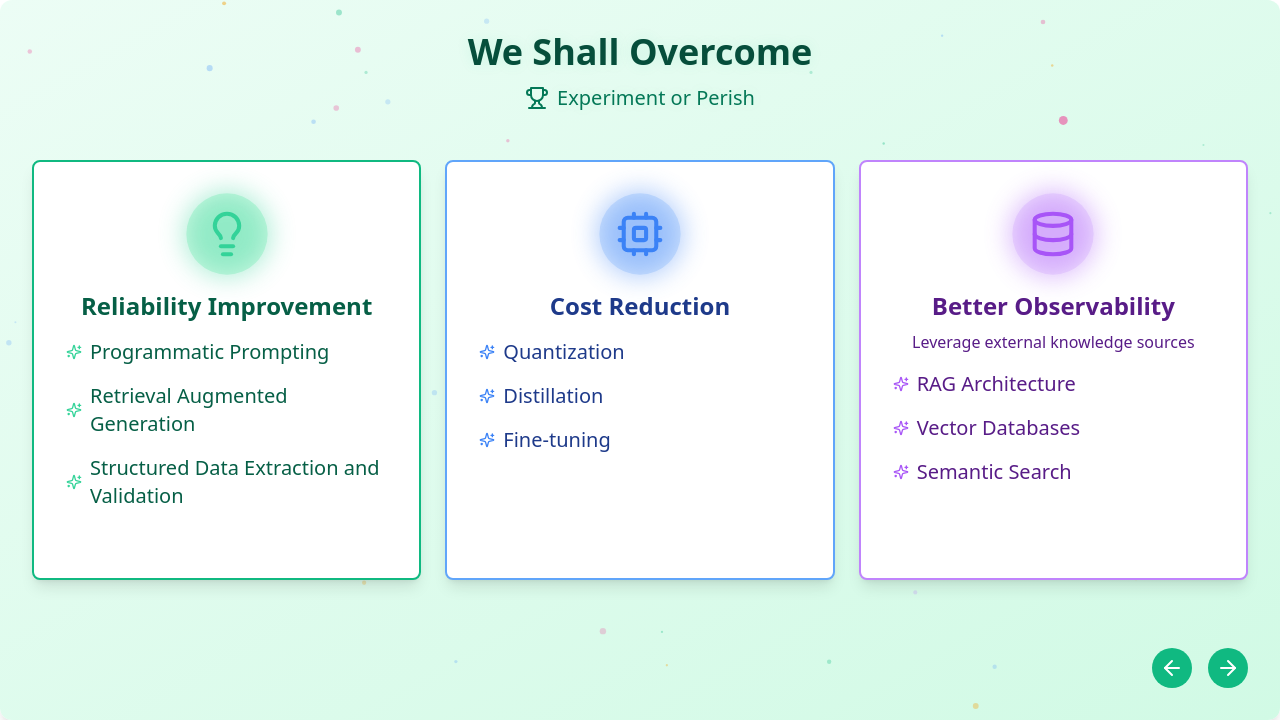
Repository: Galbaz1/dell_presentation
Page: /slide5
An editor plug-in stored every save of this project. The page is shown before and after the next save, followed by the edit.
The browser window is 1280 px wide. The pictures show the whole page.
The project was rebuilt for these pictures with package versions that can differ from the ones it lists, and the page was loaded fresh each time. The framework's server and built-in components were replaced by stand-ins that run in the browser. Also part of the build but not shown: styles/animations/slide1.css, styles/animations/slide2.css.

Above is the page before, as saved 2024-11-12 14:31:39.

### pages/_app.tsx
import '../styles/globals.css'
import '../styles/animations/slide1.css'
import '../styles/animations/slide2.css'
import type { AppProps } from 'next/app'

function MyApp({ Component, pageProps }: AppProps) {
  return <Component {...pageProps} />
}

export default MyApp

### pages/slide5.tsx
import React, { useState } from 'react';
import { ArrowRight, ArrowLeft, Lightbulb, Sparkles, Cpu, Database, Gauge, Zap, Trophy, ArrowUpCircle } from 'lucide-react';
import Link from 'next/link';
import { motion } from 'framer-motion';

const Slide5: React.FC = () => {
  const [hoveredSolution, setHoveredSolution] = useState<number | null>(null);

  // Enhanced particles with different colors for firework effect
  const fireworkColors = [
    '#10B981', // emerald
    '#60A5FA', // blue
    '#F59E0B', // amber
    '#C084FC', // purple
    '#EC4899', // pink
  ];

  const particles = Array.from({ length: 60 }).map((_, i) => ({
    id: i,
    x: Math.random() * 100,
    y: Math.random() * 100,
    size: Math.random() * 4 + 2,
    duration: Math.random() * 20 + 10,
    delay: Math.random() * 5,
    color: fireworkColors[Math.floor(Math.random() * fireworkColors.length)]
  }));

  // Sparkle animation variants
  const sparkleVariants = {
    initial: { scale: 0, opacity: 0 },
    animate: (i: number) => ({
      scale: [0, 1, 0],
      opacity: [0, 1, 0],
      transition: {
        duration: 2,
        repeat: Infinity,
        delay: i * 0.1,
        ease: "easeInOut"
      }
    })
  };

  // Function to create sparkles around an element
  const SparkleEffect = ({ color }: { color: string }) => {
    return Array.from({ length: 8 }).map((_, i) => (
      <motion.div
        key={i}
        className="absolute w-2 h-2"
        style={{
          background: color,
          borderRadius: '50%',
          filter: 'blur(1px)',
          transform: `rotate(${i * 45}deg) translateX(30px)`
        }}
        variants={sparkleVariants}
        custom={i}
        initial="initial"
        animate="animate"
      />
    ));
  };

  const solutions = [
    {
      icon: <Lightbulb className="w-12 h-12" />,
      title: "Reliability Improvement",
      color: {
        border: "#10B981", // emerald-400
        bg: "#D1FAE5",     // emerald-100
        text: "#065F46",   // emerald-900
        glow: "#34D399"    // emerald-400
      },
      items: [
        "Programmatic Prompting",
        "Retrieval Augmented Generation",
        "Structured Data Extraction and Validation"
      ]
    },
    {
      icon: <Cpu className="w-12 h-12" />,
      title: "Cost Reduction",
      color: {
        border: "#60A5FA", // blue-400
        bg: "#DBEAFE",     // blue-100
        text: "#1E3A8A",   // blue-900
        glow: "#3B82F6"    // blue-400
      },
      items: [
        "Quantization",
        "Distillation",
        "Fine-tuning"
      ]
    },
    {
      icon: <Database className="w-12 h-12" />,
      title: "Better Observability",
      color: {
        border: "#C084FC", // purple-400
        bg: "#F3E8FF",     // purple-100
        text: "#581C87",   // purple-900
        glow: "#A855F7"    // purple-400
      },
      description: "Leverage external knowledge sources",
      items: [
        "RAG Architecture",
        "Vector Databases",
        "Semantic Search"
      ]
    }
  ];

  const containerVariants = {
    hidden: { opacity: 0 },
    visible: {
      opacity: 1,
      transition: { staggerChildren: 0.3 }
    }
  };

  const cardVariants = {
    hidden: { y: 50, opacity: 0 },
    visible: (i: number) => ({
      y: 0,
      opacity: 1,
      transition: {
        delay: i * 0.2,
        type: "spring",
        stiffness: 100,
        damping: 15
      }
    }),
    hover: {
      y: -15,
      scale: 1.05,
      transition: {
        duration: 0.3,
        type: "spring",
        stiffness: 300
      }
    }
  };

  return (
    <div className="bg-gradient-to-br from-emerald-50 to-emerald-100 p-8 rounded-xl shadow-lg min-h-screen overflow-hidden relative">
      {/* Enhanced floating particles */}
      {particles.map((particle, i) => (
        <motion.div
          key={particle.id}
          className="absolute rounded-full"
          style={{
            width: particle.size,
            height: particle.size,
            left: `${particle.x}%`,
            top: `${particle.y}%`,
            background: particle.color,
            filter: 'blur(0.5px)'
          }}
          animate={{
            y: [0, -30, 0],
            x: [0, 15, 0],
            scale: [1, 1.5, 1],
            opacity: [0.2, 0.6, 0.2]
          }}
          transition={{
            duration: particle.duration,
            delay: particle.delay,
            repeat: Infinity,
            ease: "linear"
          }}
        />
      ))}

      {/* Header with uplifting animation */}
      <motion.div
        className="mb-12 text-center relative"
        animate={{
          textShadow: ["0 0 10px rgba(16, 185, 129, 0)", "0 0 20px rgba(16, 185, 129, 0.3)", "0 0 10px rgba(16, 185, 129, 0)"]
        }}
        transition={{ duration: 2, repeat: Infinity }}
      >
        <motion.div
          initial={{ y: -20, opacity: 0 }}
          animate={{ y: 0, opacity: 1 }}
          transition={{ duration: 0.8, type: "spring" }}
          className="flex items-center justify-center mb-3"
        >
          <h1 className="text-4xl font-bold text-emerald-900">We Shall Overcome</h1>
        </motion.div>
        <p className="text-xl text-emerald-700 flex items-center justify-center">
          <Trophy className="w-6 h-6 mr-2" />
          Experiment or Perish
        </p>
      </motion.div>

      {/* Solutions Grid */}
      <motion.div
        className="max-w-7xl mx-auto grid grid-cols-1 md:grid-cols-3 gap-6 mb-12"
        variants={containerVariants}
        initial="hidden"
        animate="visible"
      >
        {solutions.map((solution, index) => (
          <motion.div
            key={solution.title}
            className="bg-white p-8 rounded-lg shadow-lg cursor-pointer transform transition-all duration-300 relative"
            style={{
              borderWidth: 2,
              borderStyle: 'solid',
              borderColor: solution.color.border,
              minHeight: '420px'
            }}
            variants={cardVariants}
            custom={index}
            whileHover="hover"
            onHoverStart={() => setHoveredSolution(index)}
            onHoverEnd={() => setHoveredSolution(null)}
          >
            {/* Add sparkle effects around the card when hovered */}
            {hoveredSolution === index && (
              <div className="absolute inset-0 -m-4">
                <SparkleEffect color={solution.color.glow} />
              </div>
            )}

            {/* Icon with animation */}
            <motion.div
              className="w-20 h-20 rounded-full flex items-center justify-center mb-4 mx-auto relative"
              style={{ backgroundColor: solution.color.bg }}
              animate={{
                rotate: hoveredSolution === index ? [0, 360] : 0,
                scale: [1, 1.1, 1]
              }}
              transition={{ duration: 3, repeat: Infinity }}
            >
              <motion.div
                className="absolute inset-0 rounded-full filter blur-md"
                style={{ backgroundColor: solution.color.glow }}
                animate={{
                  scale: [1, 1.2, 1],
                  opacity: [0.3, 0.6, 0.3]
                }}
                transition={{ duration: 2, repeat: Infinity }}
              />
              <div style={{ color: solution.color.glow }}>
                {solution.icon}
              </div>
            </motion.div>

            <h2 className="text-2xl font-bold text-center mb-2" style={{ color: solution.color.text }}>
              {solution.title}
            </h2>
            <p className="text-center mb-4" style={{ color: solution.color.text }}>
              {solution.description}
            </p>

            <ul className="space-y-4">
              {solution.items.map((item, i) => (
                <motion.li
                  key={i}
                  className="flex items-center relative text-xl"
                  style={{ color: solution.color.text }}
                  initial={{ x: -10, opacity: 0 }}
                  animate={{ x: 0, opacity: 1 }}
                  transition={{ delay: index * 0.2 + i * 0.1 }}
                >
                  <div className="relative">
                    <Sparkles
                      className="w-4 h-4 mr-2 flex-shrink-0"
                      style={{ color: solution.color.glow }}
                    />
                    {hoveredSolution === index && (
                      <motion.div
                        className="absolute -inset-1"
                        animate={{
                          scale: [1, 1.5, 1],
                          opacity: [0.5, 1, 0.5]
                        }}
                        transition={{
                          duration: 1.5,
                          repeat: Infinity,
                          delay: i * 0.2
                        }}
                      >
                        <Sparkles
                          className="w-4 h-4"
                          style={{ color: solution.color.glow }}
                        />
                      </motion.div>
                    )}
                  </div>
                  {item}
                </motion.li>
              ))}
            </ul>

            {/* Success indicator */}
            <motion.div
              className="absolute -right-2 -top-2 rounded-full p-2"
              style={{ backgroundColor: solution.color.glow }}
              initial={{ scale: 0 }}
              animate={{ scale: hoveredSolution === index ? 1 : 0 }}
              transition={{ type: "spring", stiffness: 500 }}
            >
              <Zap className="w-4 h-4 text-white" />
            </motion.div>
          </motion.div>
        ))}
      </motion.div>

      {/* Navigation */}
      <div className="absolute bottom-8 right-8 flex items-center space-x-4">
        <Link href="/slide4" className="bg-emerald-500 hover:bg-emerald-600 text-white p-2 rounded-full transition-colors">
          <ArrowLeft className="w-6 h-6" />
        </Link>
        <Link href="/slide7" className="bg-emerald-500 hover:bg-emerald-600 text-white p-2 rounded-full transition-colors">
          <ArrowRight className="w-6 h-6" />
        </Link>
      </div>
    </div>
  );
};

export default Slide5;

### styles/globals.css
@tailwind base;
@tailwind components;
@tailwind utilities;

@keyframes fallAndBounce {
  0% {
    transform: translateY(-100%) translateX(-50%);
  }
  70% {
    transform: translateY(140%) translateX(-50%);
  }
  75% {
    transform: translateY(130%) translateX(-50%);
  }
  80% {
    transform: translateY(135%) translateX(-50%);
  }
  85% {
    transform: translateY(128%) translateX(-50%);
  }
  90% {
    transform: translateY(132%) translateX(-50%);
  }
  100% {
    transform: translateY(0%) translateX(-50%);
  }
}

@keyframes developerFall {
  0%, 69% {
    transform: translateX(-50%) rotate(0deg);
  }
  100% {
    transform: translateX(100%) rotate(90deg);
  }
}

@keyframes pulsate {
  0% {
    transform: translateY(0%) translateX(-50%) scale(1);
  }
  8% {
    transform: translateY(0%) translateX(-50%) scale(1.15);
  }
  10% {
    transform: translateY(0%) translateX(-50%) scale(1.1);
  }
  18% {
    transform: translateY(0%) translateX(-50%) scale(1.35);
  }
  20% {
    transform: translateY(0%) translateX(-50%) scale(1.3);
  }
  28% {
    transform: translateY(0%) translateX(-50%) scale(1.55);
  }
  30% {
    transform: translateY(0%) translateX(-50%) scale(1.5);
  }
  38% {
    transform: translateY(0%) translateX(-50%) scale(1.75);
  }
  40% {
    transform: translateY(0%) translateX(-50%) scale(1.7);
  }
  48% {
    transform: translateY(0%) translateX(-50%) scale(1.95);
  }
  50% {
    transform: translateY(0%) translateX(-50%) scale(1.9);
  }
  100% {
    transform: translateY(0%) translateX(-50%) scale(2);
  }
}

@keyframes explodePiece {
  0% {
    transform: translate(0, 0) rotate(0);
    opacity: 1;
  }
  100% {
    transform: translate(var(--tx), 1000px) rotate(var(--tr));
    opacity: 0;
  }
}

.animate-fall-bounce {
  animation:
    fallAndBounce 3s cubic-bezier(0.4, 0, 0.2, 1) forwards,
    pulsate 8s cubic-bezier(0.4, 0, 0.2, 1) 5s forwards;
}

.animate-developer-fall {
  animation: developerFall 1.2s cubic-bezier(0.4, 0, 0.2, 1) forwards;
  animation-delay: 2.1s;
}

.explosion-piece {
  position: absolute;
  animation: explodePiece 2s cubic-bezier(0.4, 0, 0.2, 1) forwards;
  animation-delay: 16s; /* 5s wait + 8s growth + 3s wait */
}

### tailwind.config.js
/** @type {import('tailwindcss').Config} */
module.exports = {
  content: [
    "./pages/**/*.{js,ts,jsx,tsx}",
    "./components/**/*.{js,ts,jsx,tsx}",
    "./styles/**/*.css",
  ],
  theme: {
    extend: {},
  },
  plugins: [],
}

After the next save:
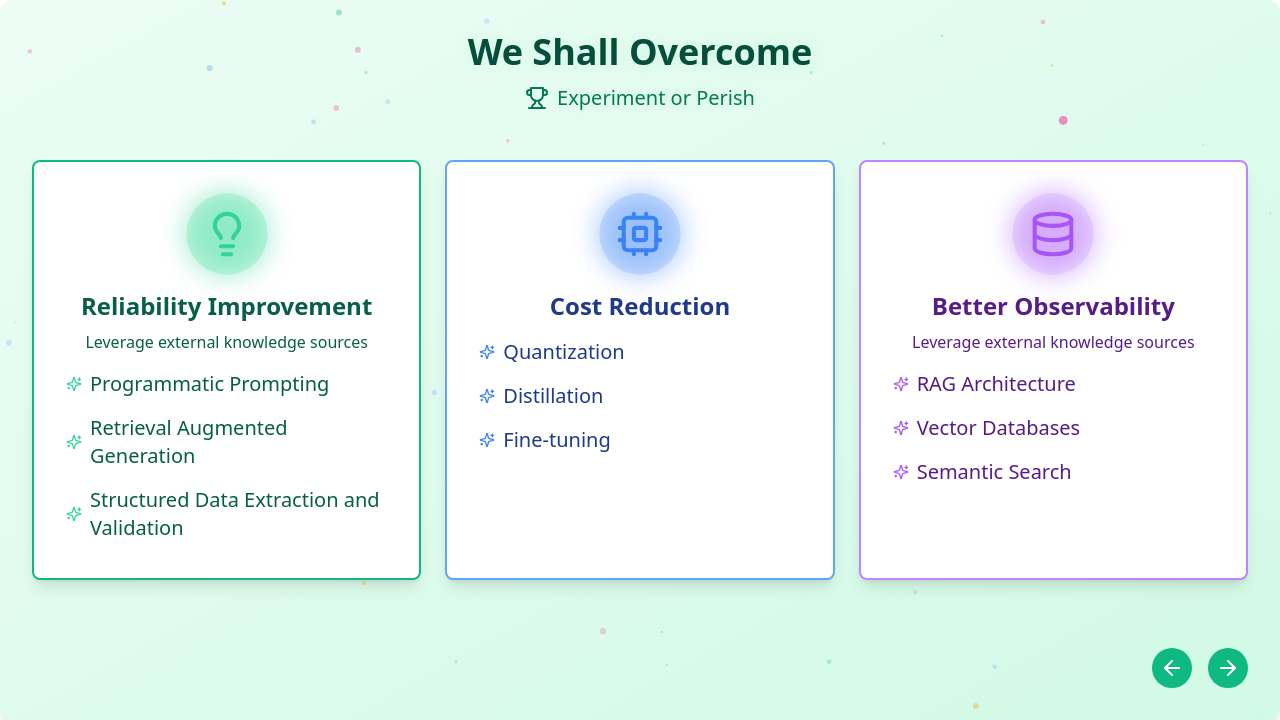
Saved 18 s later.
--- a/pages/slide5.tsx
+++ b/pages/slide5.tsx
@@ -70,6 +70,8 @@
         text: "#065F46",   // emerald-900
         glow: "#34D399"    // emerald-400
       },
+      description: "Leverage external knowledge sources",
+
       items: [
         "Programmatic Prompting",
         "Retrieval Augmented Generation",

After the 2 saves that followed:
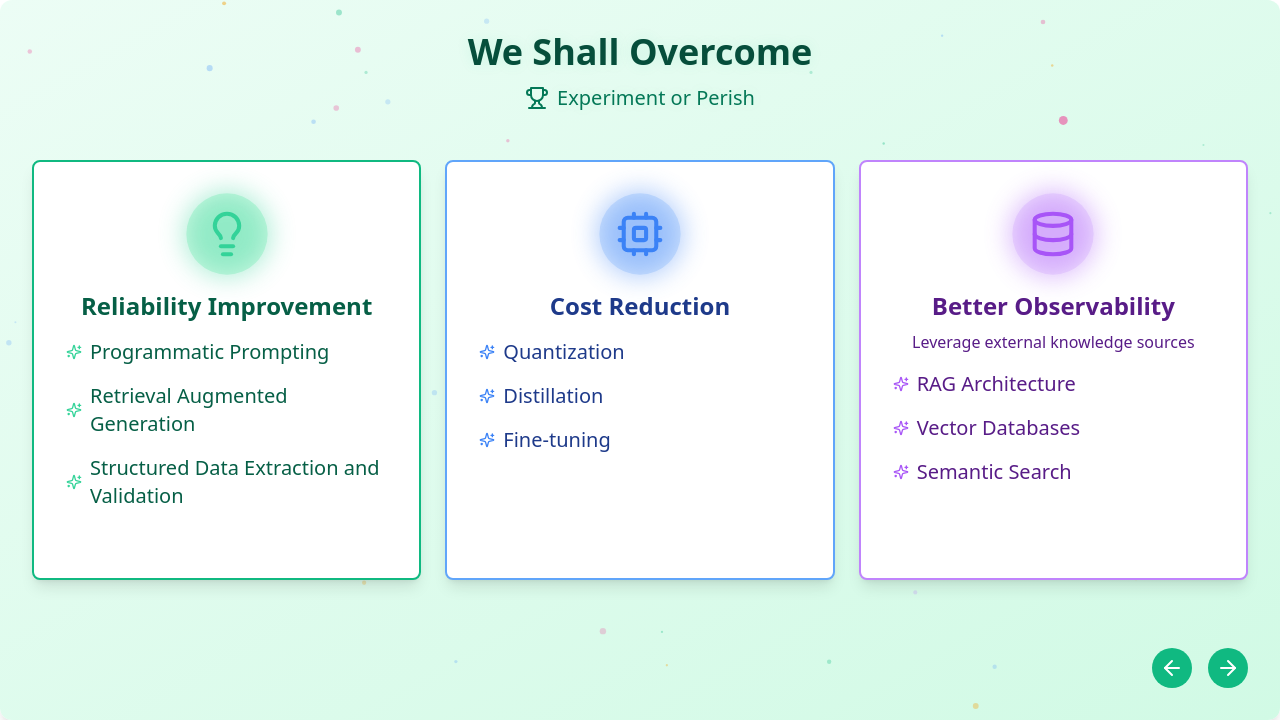
The 2 saves are shown as one change because 1 left the picture as it was.
The last was saved 9 s later.
--- a/pages/slide5.tsx
+++ b/pages/slide5.tsx
@@ -70,8 +70,7 @@
         text: "#065F46",   // emerald-900
         glow: "#34D399"    // emerald-400
       },
-      description: "Leverage external knowledge sources",
-
+      description: "",
       items: [
         "Programmatic Prompting",
         "Retrieval Augmented Generation",
